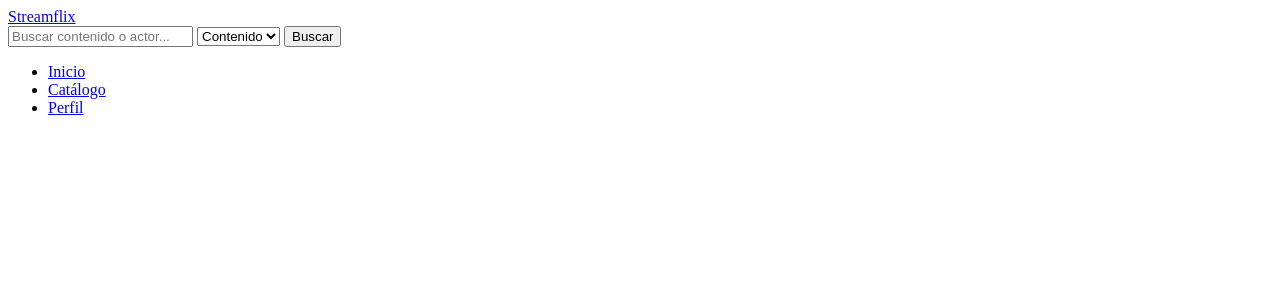
Repository: pperez02/AnalisisUsuarios
Page: Interfaz/templates/header.html
The author's editor kept a copy of each file at every save. The page is drawn from the files as they stood at one save, then again after the next save.
The browser window is 1280 px wide. The pictures show the whole page.

Above is the page before, as saved 2024-11-23 19:48:51.

After the next save:
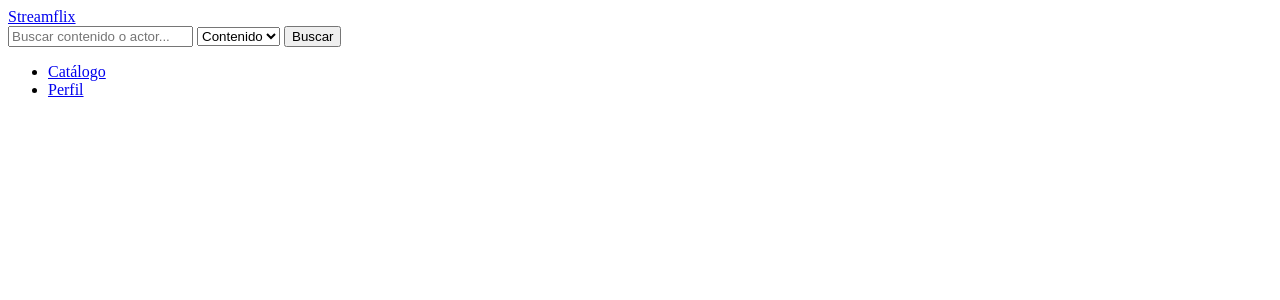
Saved 44 s later.
--- a/Interfaz/templates/header.html
+++ b/Interfaz/templates/header.html
@@ -17,7 +17,6 @@
         </div>
         <nav>
             <ul>
-                <li><a href="/" class="perfil-button">Inicio</a></li>
                 <li><a href="/catalogo"class="perfil-button">Catálogo</a></li>
                 <li><a href="/usuarios/{{ user_id }}/perfil" class="perfil-button">Perfil</a></li>
             </ul>
